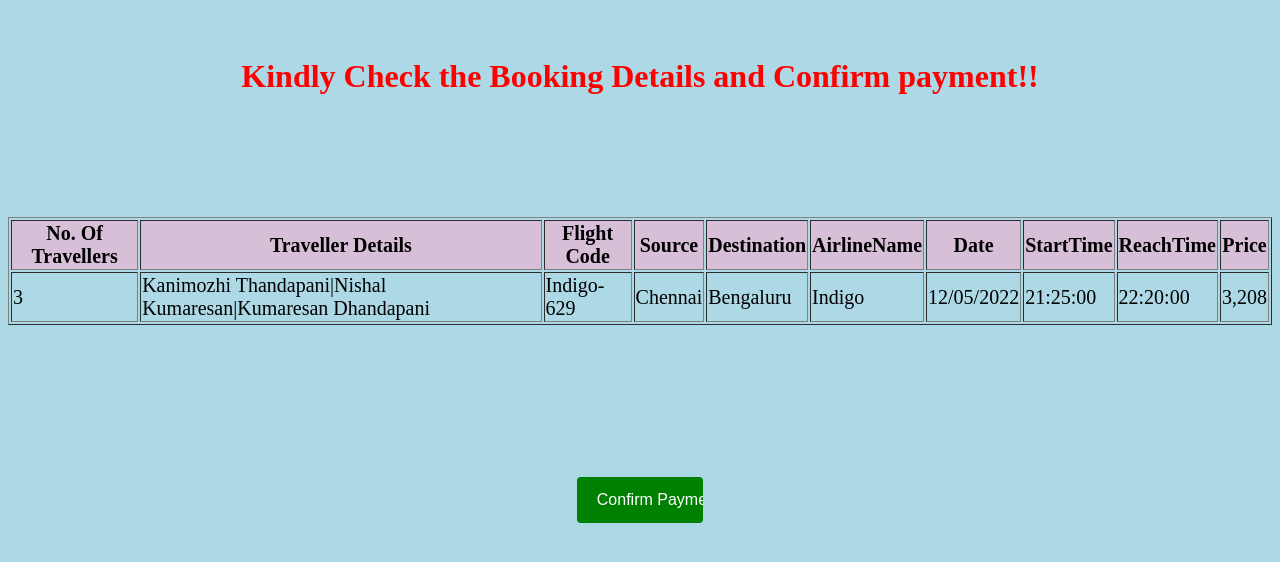
Repository: KanimozhiThandapani/Phase2AirlineBookingProject
Page: http://localhost/AirlineBooking/bookedFlights.jsp
The author's editor kept a copy of each file at every save. The page is drawn from the files as they stood at one save, then again after the next save.
The browser window is 1280 px wide. The pictures show the whole page.
The page is served by Tomcat 9.

Above is the page before, as saved 2022-04-26 10:44:45.

After the next save:
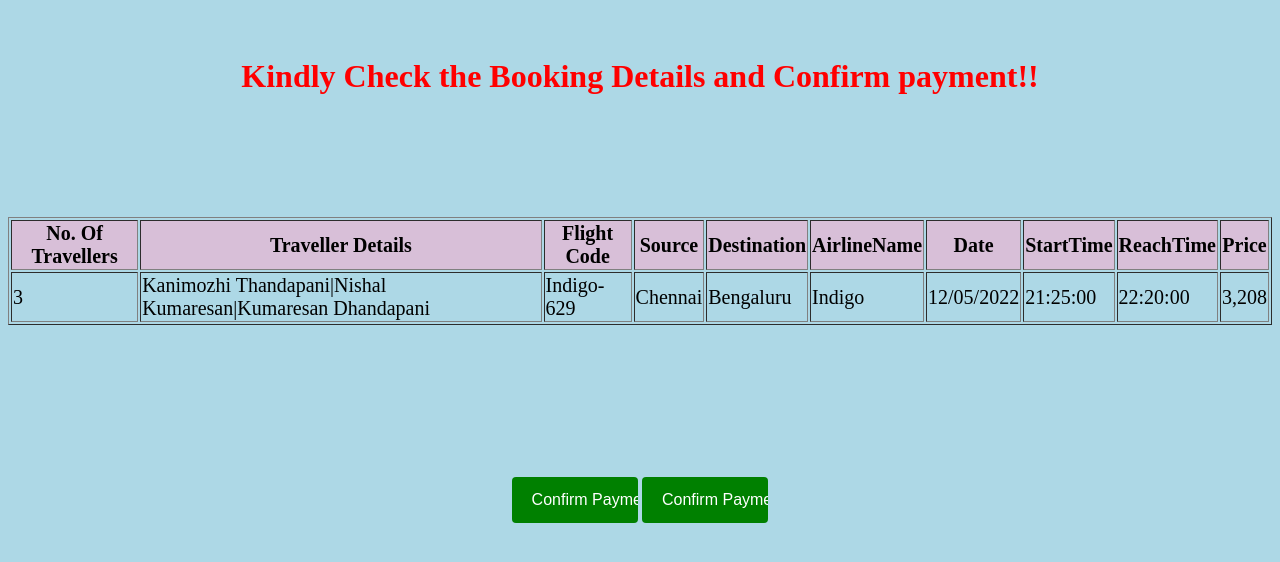
Saved 4 min 51 s later.
--- a/AirlineBooking/WebContent/bookedFlights.jsp
+++ b/AirlineBooking/WebContent/bookedFlights.jsp
@@ -71,6 +71,7 @@ th, td {
 	</table>
 	                <br>  <br>  <br>  <br> <br>  <br>  <br>  <br>
 					<input type="submit" value="Confirm Payment">
+					<input type="submit" value="Confirm Payment">
 
 
    </form>
